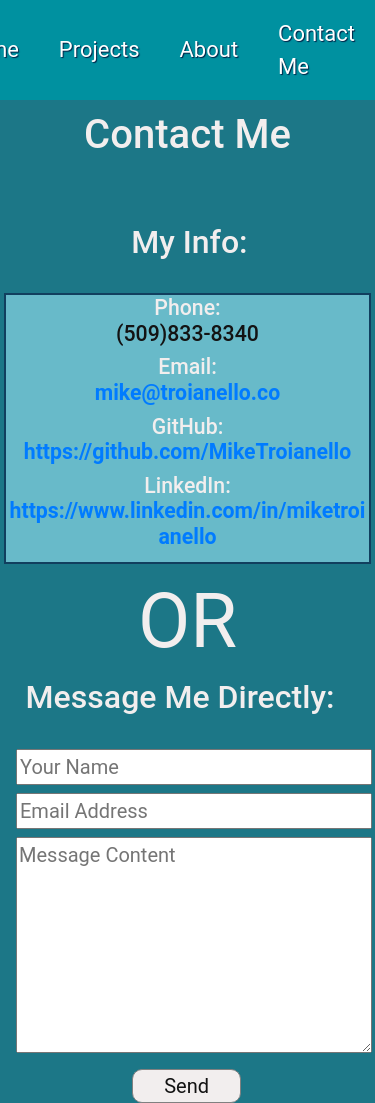
Repository: MikeTroianello/troianello
Page: /contact
These files come from the project's save history. The page is drawn as it stood at one moment and after the next save; the edit follows.
The browser window is 375 px wide. The pictures show the whole page.
The project was rebuilt for these pictures with package versions that can differ from the ones it lists, and the page was loaded fresh each time. Also part of the build but not shown: src/components/context-sensitive/Greet.js, src/components/locations/Home.js, src/components/locations/About/About.css, src/components/locations/About/AboutMobile.css, src/components/locations/About/About.js, src/components/cards/RainbowDay.js, src/components/cards/CanvasBubbles.js, src/components/cards/projectCard.css and 4 more.

Above is the page before, as saved 2019-08-03 12:56:53.

### public/index.html
<!DOCTYPE html>
<html lang="en">
  <head>
    <meta charset="utf-8" />
    <link rel="shortcut icon" href="%PUBLIC_URL%/favicon.ico" />
    <meta name="viewport" content="width=device-width, initial-scale=1" />
    <meta name="theme-color" content="#000000" />
    <!--
      manifest.json provides metadata used when your web app is installed on a
      user's mobile device or desktop. See https://developers.google.com/web/fundamentals/web-app-manifest/
    -->
    <link rel="manifest" href="%PUBLIC_URL%/manifest.json" />
    <!--
      Notice the use of %PUBLIC_URL% in the tags above.
      It will be replaced with the URL of the `public` folder during the build.
      Only files inside the `public` folder can be referenced from the HTML.

      Unlike "/favicon.ico" or "favicon.ico", "%PUBLIC_URL%/favicon.ico" will
      work correctly both with client-side routing and a non-root public URL.
      Learn how to configure a non-root public URL by running `npm run build`.
    -->
    <title>MIKE TROIANELLO</title>
  </head>
  <body>
    <noscript>You need to enable JavaScript to run this app.</noscript>
    <div id="root"></div>
  </body>
</html>

### src/App.js
import React, { Component } from 'react';
import { BrowserRouter as Router, Route, Switch } from 'react-router-dom';
import Header from './components/Header';
import Home from './components/locations/Home';
import About from './components/locations/About/About';
import Projects from './components/locations/Projects';
import Contact from './components/locations/Contact/Contact';
import NotFound from './components/locations/NotFound';
import Greet from './components/context-sensitive/Greet.js';
import './App.css';

class App extends Component {
  // state = {
  //   header: '',
  //   hours: new Date().getHours()
  // };

  // componentDidMount() {
  //   window.addEventListener('scroll', this.handleScroll);
  // }

  // componentWillUnmount() {
  //   window.removeEventListener('scroll', this.handleScroll);
  // }

  // handleScroll = event => {
  //   let scrollTop = event.srcElement.body.scrollTop;
  //   console.log(window.scrollY);
  //   // if(window.scrollY > 200 && this.state.header) {
  //   if (window.scrollY < 88) {
  //     this.setState({ header: '' });
  //     console.log(this.state.header);
  //   }
  //   if (window.scrollY > 88 && window.scrollY < 502) {
  //     this.setState({ header: <Greet classname='header-greet' /> });
  //     console.log(this.state.header);
  //   }
  //   if (window.scrollY > 503 && window.scrollY < 1266) {
  //     this.setState({ header: 'My Projects' });
  //     console.log(this.state.header);
  //   }
  //   if (window.scrollY > 1267) {
  //     this.setState({ header: 'About Me' });
  //     console.log(this.state.header);
  //   }
  // };

  render() {
    return (
      <div className='App'>
        <Router>
          {/* <Header showHeader={this.state.header} /> */}
          <Header />
          <div>
            <Switch>
              <Route exact path='/' component={Home} />
              <Route exact path='/about' component={About} />
              <Route exact path='/projects' component={Projects} />
              <Route exact path='/contact' component={Contact} />
              <Route component={NotFound} />
            </Switch>
          </div>
        </Router>
      </div>
    );
  }
}

export default App;

### src/components/Header.js
import React, { Component } from 'react';
import { Link } from 'react-router-dom';
import Greet from '../components/context-sensitive/Greet.js';

export default class Header extends Component {
  render() {
    // let headerClass = this.props.showHeader ? 'header' : 'header transition';
    // if(this.props.showHeader == "time"){
    //   this.props.showHeader = <Greet/>
    // }
    /* <div className={headerClass}> */
    return (
      <div className='header'>
        <div className='links'>
          {/* <div className='logo'>
            <Link to='/'>Mt</Link>
          </div> */}
          <Link to='/' className='logo-2'>
            <h1 className='mt-logo'>Mt</h1>
          </Link>
          <div>{this.props.showHeader}</div>

          <div className='individual-link'>
            <Link to='/'>Home</Link>
          </div>
          <div className='individual-link'>
            <Link to='/projects'>Projects</Link>
          </div>
          <div className='individual-link'>
            <Link to='/about'>About</Link>
          </div>
          <div className='individual-link test'>
            <Link to='/contact'>Contact Me</Link>
          </div>
        </div>
      </div>
    );
  }
}

### src/components/locations/Contact/Contact.js
import React from 'react';
import './Contact.css';
import './ContactMobile.css';

export default function Contact() {
  return (
    <div className='contact-page'>
      <h1 className='contact-center'>Contact Me</h1>
      <div className='row'>
        <div className='col-sm-5 contact-side-one'>
          <h2 className='contact-center-one'>My Info:</h2>
          <div className='contact-side-one-box'>
            <h3>
              Phone:
              <br />
              <span className='contact-number'>(509)833-8340</span>
            </h3>
            <h3>
              <h3>
                Email:
                <br />
                <strong>
                  <a
                    href='mailto:mike@troianello.co'
                    target='_blank'
                    rel='noopener noreferrer'
                  >
                    mike@troianello.co
                  </a>
                </strong>
              </h3>
              GitHub:
              <br />
              <strong>
                <a
                  href='https://github.com/MikeTroianello'
                  target='_blank'
                  rel='noopener noreferrer'
                >
                  https://github.com/MikeTroianello
                </a>
                <br />
              </strong>
            </h3>
            <h3>
              LinkedIn: <br />
              <strong>
                <a
                  href='https://www.linkedin.com/in/miketroianello'
                  target='_blank'
                  rel='noopener noreferrer'
                >
                  https://www.linkedin.com/in/miketroianello
                </a>
              </strong>
            </h3>
          </div>
        </div>
        <div className='col-sm-2 or'>OR</div>
        <div className='col-sm-5 contact-side-two'>
          <h2 className='contact-center-two'>Message Me Directly:</h2>
          <form
            className='contact-message'
            action='https://formspree.io/mike@troianello.co'
            method='POST'
          >
            <label>
              <input
                type='name'
                name='name'
                className='contact-message-input'
                placeholder='Your Name'
              />
            </label>
            <label>
              <input
                type='email'
                name='email'
                className='contact-message-input'
                placeholder='Email Address'
              />
            </label>
            <label>
              <textarea
                rows='7'
                name='content'
                className='contact-message-input'
                placeholder='Message Content'
              />
            </label>
            <button className='contact-button'>Send</button>
          </form>
        </div>
      </div>
    </div>
  );
}

### src/App.css
:root {
  --off-black: #131313;
  --off-white: #f2eeee;
}

.App {
  font-family: 'roboto';
}
@import url('https://fonts.googleapis.com/css?family=Chivo&display=swap');
@import url('https://fonts.googleapis.com/css?family=Roboto&display=swap');
@import url('https://fonts.googleapis.com/css?family=Exo+2:800&display=swap');

.App-header {
  background-color: #282c34;
  min-height: 100vh;
  display: flex;
  flex-direction: column;
  /* align-items: center; */
  justify-content: center;
  font-size: calc(10px + 2vmin);
  /* color: white; */
}

/* .App-link {
  color: #61dafb;
} */

body {
  padding-top: 47px;
}

div {
  font-size: 20px;
}

p {
  margin-left: 4em;
  color: var(--off-black);
}

/* HEADER */

.header {
  background-color: #0091a0;
  /* background-color: #192e6c; */
  overflow: hidden;
  position: fixed;
  top: 0;
  width: 100%;
  height: 100px;
  z-index: 1;
  transition: all 0.5s;
}

.header.transition {
  transition: all 0.5s;
}

.header a {
  text-decoration: none;
  font-family: 'roboto';
  color: white;
  text-shadow: 1px 1px 1px #002145;
  font-size: 1.1em;
}

/* HOME PAGE */

/* .home-bg {
  height: 300vh;
} */

.link {
  margin-left: 15em;
}

.link a {
  color: var(--off-white);
  background-color: #0091a0;
  border-style: solid;
  border-color: #a2d7dc;
  border-width: 2px;
  font-size: 1.75em;
  padding: 0.5em;
  /* border-radius: 5px; */
}

.home-top {
  background-color: #0091a0;
  height: 65vh;
  width: 100%;
  transform: skewY(-5deg);
  margin-top: -5vh;
  padding: 0;
}

.home-top h1 {
  text-align: center;
  color: var(--off-white);
  font-size: 5em;
  padding-left: 0.6em;
  padding-top: 0.8em;
  margin-bottom: 0;
  padding-bottom: 0;
  transform: skewY(5deg);
  text-shadow: 1px 1px 1px #007783;
}

.home-top h2 {
  text-align: center;
  color: var(--off-white);
  padding-left: 0.6em;
  margin-bottom: 0;
  padding-bottom: 0;
  transform: skewY(5deg);
  text-shadow: 1px 1px 1px #007783;
}

.home-typewriter-setup {
  /* position: relative;
    width: 29em;
    margin: 0 auto;
    text-align: center;
    white-space: nowrap;
    overflow: hidden; */
  position: relative;
  width: 24em;
  margin: 10vh auto;
  border-right: 3px solid rgba(255, 255, 255, 0.75);
  font-size: 180%;
  text-align: center;
  white-space: nowrap;
  overflow: hidden;
}

.home-typewriter-animation {
  animation: typewriter 4s steps(65) 1s 1 normal both,
    blinkTextCursor 1000ms steps(40) infinite normal;
}

@keyframes typewriter {
  from {
    width: 0;
  }
  to {
    width: 29.5em;
  }
}
@keyframes blinkTextCursor {
  from {
    border-right-color: rgba(255, 255, 255, 0.75);
  }
  to {
    border-right-color: transparent;
  }
}

.home-fade1 {
  height: 2vh;
  width: 100%;
  background-color: #a2d7dc;
  transform: skewY(-5deg);
  margin-top: -1vh;
}

.home-fade2 {
  height: 1vh;
  width: 100%;
  background-color: #e1e3e5;
  /* margin-top: -1vh; */
}

.home-about {
  height: 105vh;
  background: url('./components/images/pics/album-pics/thumbnail-3.jpg')
    no-repeat;
  background-size: 100% auto;
  background-position: 0 -30vh;
  /* background-repeat: no-repeat; */
  /* background-color: #909a9f; */
}

.home-about h1 {
  color: var(--off-white);
  font-size: 4.25em;
  margin-left: 1.25em;
}

.home-projects {
  font-size: 2em;
  padding-top: 1em;
  height: 110vh;
}

.home-projects h1 {
  color: var(--off-black);
  font-size: 2em;
  text-align: center;
}

.home-album-text {
  mix-blend-mode: difference;

  /* mix-blend-mode: exclusion; */
}

.home-contact {
  height: 50vh;
}

.home-contact h1 {
  font-size: 4.5em;
  margin-left: 1em;
  color: var(--off-white);
}

/* PROJECTS PAGE */

.projects {
  background-color: #1c7787;
  color: var(--off-white);
  /* height: 104vh; */
  /* margin-top: -3em; */
  padding-top: 3em;
  overflow: hidden;
  min-height: 97.45vh;
}

.project-box {
  display: flex;
  flex-wrap: wrap;
  justify-content: space-around;
  text-decoration: none;
  /* margin: 1vh 0; */
}

/* .project-box :hover {
  background: rgba(0, 0, 0, 1);
} */

.projects-title {
  text-align: center;
}

.projects-technologies {
  padding: 10vh 0 0 1.33vw;
  background-color: #1c7787;
  border-right: 1.5px solid black;
}

/* COLOR SCHEME REMAINING CLASSES DON'T DELETE YET!!!! */

/* .container-fluid {
  height: 500px;
} */

/* .row {
  height: 500px;
} */

.links {
  display: flex;
  justify-content: flex-end;
  align-items: center;
}

.individual-link {
  margin: 0 1em;
}

/* logo */

.logo {
  color: white;
  padding: 1px 6px;
  font-size: 1.35em;
  font-weight: bold;
  border-style: solid;
  border-color: White;
  border-width: 2px;
  margin: 20px auto 20px 15px;
}

.logo-2 {
  color: white;
  padding: 1px 6px 0;
  font-weight: bold;
  border-style: solid;
  border-color: White;
  border-width: 2px;
  margin: 20px auto 20px 15px;
}

.mt-logo {
  margin: 3px 0;
}

.react {
  animation-name: spin;
  animation-duration: 35s;
  animation-iteration-count: infinite;
  animation-timing-function: linear;
}

@keyframes spin {
  from {
    transform: rotate(0deg);
  }
  to {
    transform: rotate(360deg);
  }
}

/* table,
th,
td {
  border: 2px solid black;
}

td {
  font-size: 2em;
} */

### src/components/locations/Contact/Contact.css
.contact-page {
  background-color: #1c7787;
  color: var(--off-white);
  /* height: 101.8vh; HERE */
  min-height: 101.8vh;
  overflow: hidden;
  margin-top: -3em;
  padding-top: 3em;
}

.contact-page h1 {
  margin: 8vh;
}

/* .contact-side-one {
  } */

.contact-side-one-box {
  border: 2px solid #113f5e;
  background-color: rgba(137, 215, 229, 0.7);
  text-align: center;
  margin-left: 1vw;
  margin-right: 1vw;
  padding-bottom: 5px;
  word-wrap: break-word;
}

.contact-number {
  color: var(--off-black);
}

.contact-center {
  text-align: center;
  margin-bottom: 4vh;
}

.contact-center-one {
  text-align: center;
  margin-bottom: 4vh;
  margin-left: 1vw;
}

.contact-center-two {
  text-align: center;
  margin-bottom: 4vh;
}

.or {
  margin-bottom: 15vh;
  display: flex;
  justify-content: center;
  align-items: center;
  font-size: 3.8em;
  color: var(--off-white);
}

/* .contact-side-two{
    display: flex;
  } */

.contact-message {
  flex-direction: column;
  /* align-items:center; */
  display: flex;
}

.contact-message-input {
  width: 90%;
}

.contact-button {
  width: 30%;
  border: 1px solid gray;
  border-radius: 10px;
  color: var(--off-black);
  background: var(--off-white);
  margin-left: 32%;
}

### src/components/locations/Contact/ContactMobile.css
@media (max-width: 425px) {
  .contact-page {
    min-height: 101.8vh;
    overflow: hidden;
    margin-top: -3em;
    padding-top: 3em;
  }

  .contact-page h1 {
    margin: 8vh;
  }

  .contact-page h3 {
    font-size: 1.33rem;
  }

  /* .contact-side-one {
  } */

  .contact-side-one-box {
    border: 2px solid #113f5e;
    background-color: rgba(137, 215, 229, 0.7);
    text-align: center;
    margin-left: 1vw;
    margin-right: 1vw;
    padding-bottom: 5px;
    word-wrap: break-word;
  }

  .contact-number {
    color: var(--off-black);
  }

  .contact-center {
    text-align: center;
    margin-bottom: 4vh;
  }

  .contact-center-one {
    text-align: center;
    margin-bottom: 4vh;
    margin-left: 1vw;
  }

  .contact-center-two {
    text-align: center;
    margin-bottom: 4vh;
  }

  .or {
    margin-bottom: 0 !important;
    display: flex;
    justify-content: center;
    align-items: center;
    font-size: 3.8em;
    color: var(--off-white);
  }

  .contact-side-two {
    padding-left: 0;
  }

  .contact-message {
    margin: 0 -4px 0 31px;
  }

  .contact-message-input {
    width: 98%;
    /* margin-left: 1%; */
  }

  .contact-button {
    width: 30%;
    border: 1px solid gray;
    border-radius: 10px;
    color: var(--off-black);
    background: var(--off-white);
    margin-left: 32%;
  }
}

Loaded but not shown: src/index.js (common file); src/index.css (common file); src/serviceWorker.js (common file)

After the next save:
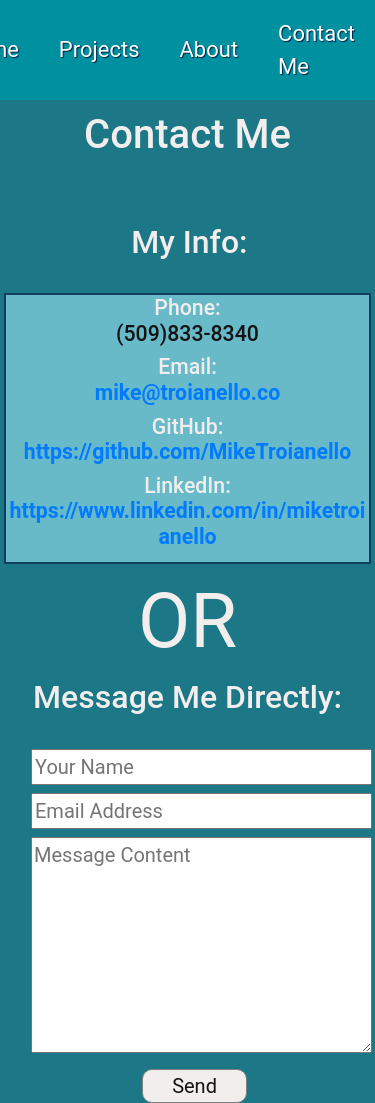
Saved 3 min 11 s later.
--- a/src/components/locations/Contact/ContactMobile.css
+++ b/src/components/locations/Contact/ContactMobile.css
@@ -56,9 +56,9 @@
     color: var(--off-white);
   }
 
-  .contact-side-two {
+  /* .contact-side-two {
     padding-left: 0;
-  }
+  } */
 
   .contact-message {
     margin: 0 -4px 0 31px;
